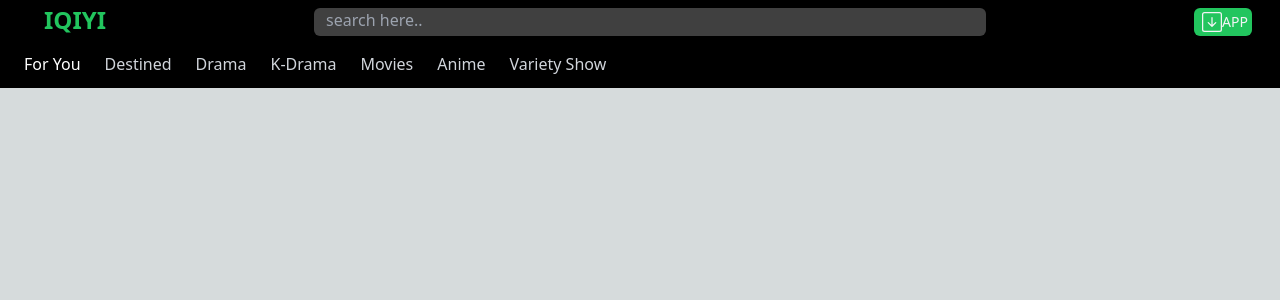
Repository: cozocozy/iqiyi-clone
Page: /
The author's editor kept a copy of each file at every save. The page is drawn from the files as they stood at one save, then again after a run of saves.
The browser window is 1280 px wide. The pictures show the whole page.
The project was rebuilt for these pictures with package versions that can differ from the ones it lists, and the page was loaded fresh each time. The framework's server and built-in components were replaced by stand-ins that run in the browser. Also part of the build but not shown: next.config.js.

Above is the page before, as saved 2023-07-16 10:35:25.

### pages/index.tsx
import Head from "next/head";
import Header from "./components/Header";

export default function Home() {
  return (
    <main>
      <Head>
        <title>IQIYI - watch Asian drama shows anime movie free online</title>
        <meta name="description" content="CLONE OF IQIYI WEBSITE" />
      </Head>
      <Header />
    </main>
  );
}

### styles/globals.css
@tailwind base;
@tailwind components;
@tailwind utilities;

:root {
  --foreground-rgb: 0, 0, 0;
  --background-start-rgb: 214, 219, 220;
  --background-end-rgb: 255, 255, 255;
}

@media (prefers-color-scheme: dark) {
  :root {
    --foreground-rgb: 255, 255, 255;
    --background-start-rgb: 0, 0, 0;
    --background-end-rgb: 0, 0, 0;
  }
}
.container-snap::-webkit-scrollbar {
  display: none;
}

body {
  color: rgb(var(--foreground-rgb));
  background: linear-gradient(to bottom, transparent, rgb(var(--background-end-rgb))) rgb(var(--background-start-rgb));
}

@layer components {
  .pages {
    @apply hover:text-green-500;
  }
}

### pages/components/Header.tsx
import React from "react";
import { BsArrowDownSquare, BsSearch } from "react-icons/bs";
import { AiOutlineMenu } from "react-icons/ai";
import Link from "next/link";
type Props = {};

function Header({}: Props) {
  return (
    <div className="fixed top-0 z-50 bg-black w-full">
      <div className="flex justify-between items-center py-1 ">
        <div className="flex ml-4 mx-3 lg:hidden">
          <AiOutlineMenu size={20} className="mt-2" />
          <h3 className="text-2xl text-green-500 font-bold ml-2 ">IQIYI</h3>
        </div>
        <div className="flex justify-center items-center w-full mt-1 ">
          {/* <button className="absolute border-l border-gray-500 ml-60 p-1 px-4">
            <BsSearch />
          </button> */}
          <input className="rounded rounded-md bg-neutral-700 w-full max-w-2xl pl-3 pb-1" placeholder="search here.." autoComplete="off"></input>
        </div>
        <button className="flex flex-row mr-7 mt-1 rounded rounded-md p-1 mx-3 bg-green-500 text-gray-100 justify-evenly items-center">
          <div className="ml-1">
            <BsArrowDownSquare size={20} />
          </div>
          <p className="text-sm">APP</p>
        </button>
      </div>
      <div className="flex flex-row  p-3 overflow-x-auto container-snap whitespace-nowrap space-x-6 ml-3 text-gray-300">
        <Link href="#" className="text-white pages">
          For You
        </Link>
        <Link href="#" className=" pages">
          Destined
        </Link>
        <Link href="#" className=" pages">
          Drama
        </Link>
        <Link href="#" className=" pages">
          K-Drama
        </Link>
        <Link href="#" className=" pages">
          Movies
        </Link>
        <Link href="#" className=" pages">
          Anime
        </Link>
        <Link href="#" className=" pages">
          Variety Show
        </Link>
      </div>
    </div>
  );
}

export default Header;

### tailwind.config.js
/** @type {import('tailwindcss').Config} */
module.exports = {
  content: ["./pages/**/*.{js,ts,jsx,tsx,mdx}", "./components/**/*.{js,ts,jsx,tsx,mdx}", "./app/**/*.{js,ts,jsx,tsx,mdx}"],
  theme: {
    extend: {
      backgroundImage: {
        "gradient-radial": "radial-gradient(var(--tw-gradient-stops))",
        "gradient-conic": "conic-gradient(from 180deg at 50% 50%, var(--tw-gradient-stops))",
      },
    },
    screens: {
      tablet: "<-640px",
      // => @media (min-width: 640px) { ... }

      laptop: "1024px",
      // => @media (min-width: 1024px) { ... }

      desktop: "1280px",
      // => @media (min-width: 1280px) { ... }
    },
  },
  plugins: [],
};

Loaded but not shown: pages/_app.tsx (common file); pages/_document.tsx (common file)

After the next 3 saves:
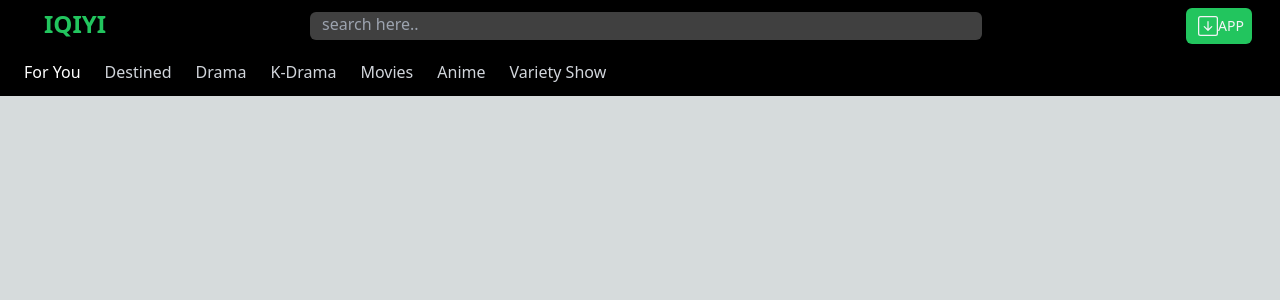
The 3 saves are shown as one change because they came seconds apart.
The last was saved 19 s later.
--- a/pages/components/Header.tsx
+++ b/pages/components/Header.tsx
@@ -18,7 +18,7 @@
           </button> */}
           <input className="rounded rounded-md bg-neutral-700 w-full max-w-2xl pl-3 pb-1" placeholder="search here.." autoComplete="off"></input>
         </div>
-        <button className="flex flex-row mr-7 mt-1 rounded rounded-md p-1 mx-3 bg-green-500 text-gray-100 justify-evenly items-center">
+        <button className="flex flex-row mr-7 mt-1 rounded rounded-md p-2 mx-3 bg-green-500 text-gray-100 justify-evenly items-center">
           <div className="ml-1">
             <BsArrowDownSquare size={20} />
           </div>

After the save that followed:
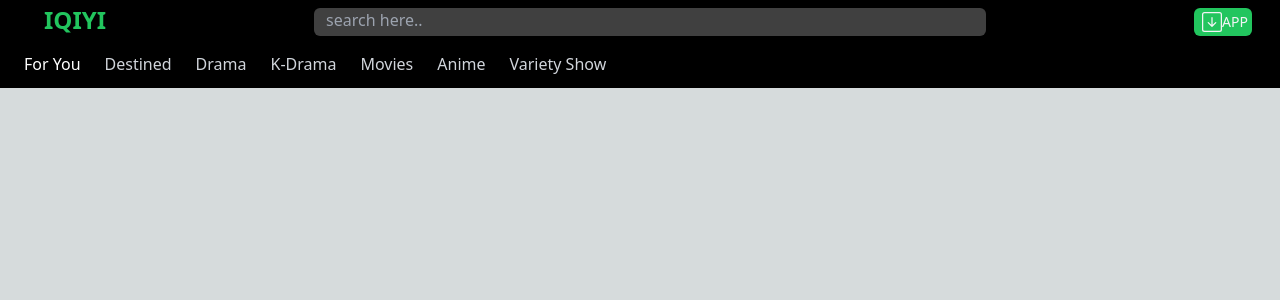
Saved 4 s later.
--- a/pages/components/Header.tsx
+++ b/pages/components/Header.tsx
@@ -18,7 +18,7 @@
           </button> */}
           <input className="rounded rounded-md bg-neutral-700 w-full max-w-2xl pl-3 pb-1" placeholder="search here.." autoComplete="off"></input>
         </div>
-        <button className="flex flex-row mr-7 mt-1 rounded rounded-md p-2 mx-3 bg-green-500 text-gray-100 justify-evenly items-center">
+        <button className="flex flex-row mr-7 mt-1 rounded rounded-md p-1 mx-3 bg-green-500 text-gray-100 justify-evenly items-center">
           <div className="ml-1">
             <BsArrowDownSquare size={20} />
           </div>
